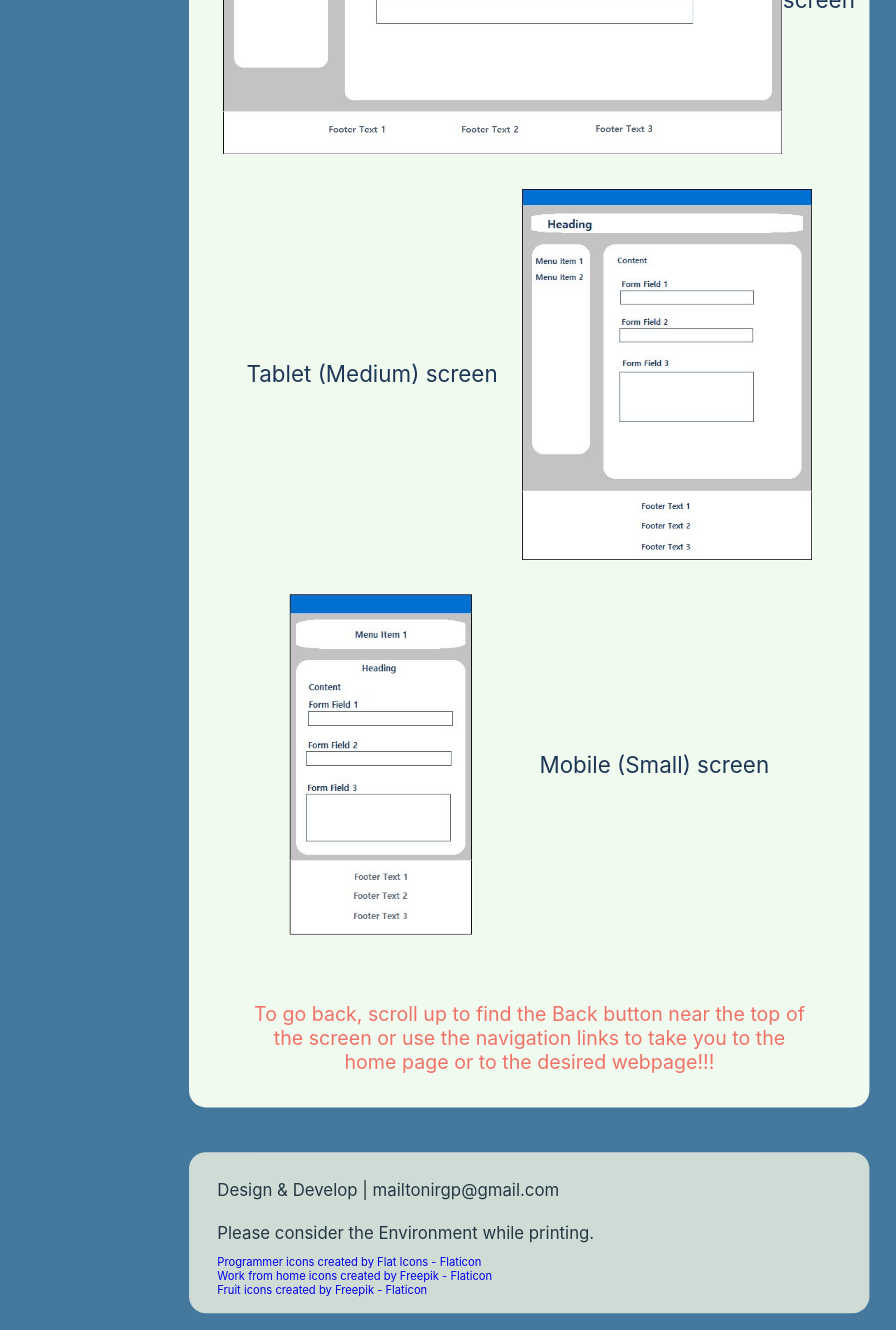
Repository: niranjangp/portfolioReact
Page: /cs-one
An editor plug-in stored every save of this project. The page is shown before and after the next save, followed by the edit.
The browser window is 1280 px wide. The pictures show the part of the page from y = 1400 to 3320 px (the page is 3300 px tall before and 3320 px after), at 70% of full size.
The project was rebuilt for these pictures with package versions that can differ from the ones it lists, and the page was loaded fresh each time. Also part of the build but not shown: src/pages/enterDesign.jsx, src/pages/csTwo.jsx, src/pages/notFound.jsx.

Above is the page before, as saved 2022-02-01 15:51:20.

### public/index.html
<!DOCTYPE html>
<html lang="en">
  <head>
    <meta charset="utf-8" />
    <!--<link rel="icon" href="%PUBLIC_URL%/favicon.ico" />-->
    <meta name="viewport" content="width=device-width, initial-scale=1" />
    <meta name="theme-color" content="#000000" />
    <meta
      name="description"
      content="Web site created using create-react-app"
    />
    <!--<link rel="apple-touch-icon" href="%PUBLIC_URL%/logo192.png" />-->
    <!--
      manifest.json provides metadata used when your web app is installed on a
      user's mobile device or desktop. See https://developers.google.com/web/fundamentals/web-app-manifest/
    -->
    <link rel="manifest" href="%PUBLIC_URL%/manifest.json" />
    <!--
      Notice the use of %PUBLIC_URL% in the tags above.
      It will be replaced with the URL of the `public` folder during the build.
      Only files inside the `public` folder can be referenced from the HTML.

      Unlike "/favicon.ico" or "favicon.ico", "%PUBLIC_URL%/favicon.ico" will
      work correctly both with client-side routing and a non-root public URL.
      Learn how to configure a non-root public URL by running `npm run build`.
    -->
    <title>Portfolio</title>
  </head>
  <body>
    <noscript>You need to enable JavaScript to run this app.</noscript>
    <div id="root"></div>
    <!--
      This HTML file is a template.
      If you open it directly in the browser, you will see an empty page.

      You can add webfonts, meta tags, or analytics to this file.
      The build step will place the bundled scripts into the <body> tag.

      To begin the development, run `npm start` or `yarn start`.
      To create a production bundle, use `npm run build` or `yarn build`.
    -->
  </body>
</html>

### src/index.css
body {
  margin: 0;
  font-family: -apple-system, BlinkMacSystemFont, 'Segoe UI', 'Roboto', 'Oxygen',
    'Ubuntu', 'Cantarell', 'Fira Sans', 'Droid Sans', 'Helvetica Neue',
    sans-serif;
  -webkit-font-smoothing: antialiased;
  -moz-osx-font-smoothing: grayscale;
  box-sizing: border-box;
}

code {
  font-family: source-code-pro, Menlo, Monaco, Consolas, 'Courier New',
    monospace;
}

p {
  margin: 0;
}

### src/App.js
import './App.css';

import { Route, NavLink, Switch, Redirect } from 'react-router-dom';
import EnterTheDesign from './pages/enterDesign';
import CSOne from './pages/csOne';
import CSTwo from './pages/csTwo';
import CSThree from './pages/csThree';
import NotFound from './pages/notFound';

function App() {
  const flatIconLink = "https://www.flaticon.com/free-icons/programmer";
  const wfhIconLink = "https://www.flaticon.com/free-icons/work-from-home";


  return (
    <div className='App'>
      <div className="containerOne">
        <nav className='navigation'>
          <div className='navDiv'>
            <NavLink activeClassName="nav-link active" className="nav-link" to="/enter-the-design">Take me Home!</NavLink>
          </div>
          <div className='navDiv'>
            <NavLink activeClassName="nav-link active" className="nav-link" to="/cs-one">Case Study 1</NavLink>
          </div>
          <div className='navDiv'>
            <NavLink activeClassName="nav-link active" className="nav-link" to="/cs-two">Case t'w'o Study</NavLink>
          </div>
          <div className='navDiv'>
            <NavLink activeClassName="nav-link active" className="nav-link" to="/cs-three">Case Study the third</NavLink>
          </div>
          <div className='navDiv'>
            <NavLink activeClassName="nav-link active" className="nav-link" to="/cs-three">Case Study IV</NavLink>
          </div>
        </nav>
        <main className='mainOne'>
          <Switch>
            <Route exact path="/" ><Redirect to="/enter-the-design" /></Route>
            <Route path="/enter-the-design" ><EnterTheDesign /></Route>
            <Route exact path="/cs-one" ><CSOne /></Route>
            <Route exact path="/cs-two" ><CSTwo /></Route>
            <Route exact path="/cs-three"><CSThree /></Route>

            <Route path="*"><NotFound /></Route>
          </Switch>
          {/*<div className='firstRow'>
            <div className="width-60">
              <p className='fr-info'>NIRANJAN G P, IS A UI DEVELOPER AT DELOITTE USI</p>
            </div>
            <div className="width-40 img-block">
              <img src={avatarIcon} alt="avatar-icon" className='avtr-img' />
            </div>
          </div>
          <div className='sec-row'>
            <p>Hi, this is Niranjan.</p>
            <p>I Joined Deloitte USI as a campus recruit. Since then I've been part of many innovative and high-intensity projects, coordinating between multiple virtual teams to help complete client deliverables.</p>
            <p>I've been part of the FRONT-END community since 2017 and constantly learning and developing UI and gradually having a go at UX design parallely.</p>
            <p>Currently based in Bengaluru, I have a big love for travel and adventure, also keeping in mind to do my bit to conserve the environment.</p>
            <p>Thanks for stopping by.</p>
          </div>*/}

        </main>
        <footer>
          <div className='footer-info'>
            {/*<p>Niranjan G P</p>*/}
            <p>Design & Develop    |   mailtonirgp@gmail.com</p>
            <p>Please consider the Environment while printing.</p>
          </div>
          <div className='credits'>
            <a href={flatIconLink} title="programmer icons">Programmer icons created by Flat Icons - Flaticon</a>
            <a href={wfhIconLink} title="work from home icons">Work from home icons created by Freepik - Flaticon</a>
            <a href="https://www.flaticon.com/free-icons/fruit" title="fruit icons">Fruit icons created by Freepik - Flaticon</a>
          </div>
        </footer>
      </div>

    </div>
  );
}

export default App;

### src/App.css
.containerOne {
  background-color: #45789d;
  padding: 24px;
  position: relative;
}

.mainOne {
  width: 75%;
  margin-left: 20%;
  background-color: #F1FAEE;
  height: 100%;
  border-radius: 1.5rem;
  padding: 24px;
}

.navigation {
  position: absolute;
  top: 24px;
  left: 24px;
  width: 15%;
  height: 660px;
  background-color: #F1FAEE;
  border-radius: 1.5rem;
  padding: 64px 24px 24px;
}

.navDiv {
  padding: 16px 0;
  text-align: center;
}

.nav-link {
  font-size: 24px;
  text-decoration: none;
  color: #1d3557;
}

.nav-link.active {
  color: #2a9d8f;
  font-weight: bold;
  border-bottom: 4px solid #2a9d8f;
}

.fr-info {
  font-size: 3rem;
  font-family: 'Gill Sans', 'Gill Sans MT', Calibri, 'Trebuchet MS', sans-serif;
  padding: 24px 24px 24px 48px;
  color: #1d3557;
}

.firstRow {
  display: flex;
  align-items: center;
  padding: 64px 0;
}

.width-60 {
  width: 60%;
}

.width-40 {
  width: 40%;
}

.fullWidth {
  width: 100%;
}

.img-block {
  text-align: center;
}

.sec-row {
  background-color: #1d3557;
  color: #f1faee;
  border-radius: 0.75rem;
  padding: 64px;
  font-family: 'Lucida Sans', 'Lucida Sans Regular', 'Lucida Grande', 'Lucida Sans Unicode', Geneva, Verdana, sans-serif;
  font-size: 28px;
  text-align: justify;
}

.sec-row p {
  padding: 16px;
}

.centered {
  margin: 3rem auto;
  text-align: center;
  display: flex;
  justify-content: center;
  align-items: center;
}

.linkSel {
  text-decoration: underline;
  font-weight: bold;
}

.third-row {
  display: flex;
  flex-wrap: wrap;
  padding: 96px 24px 0;
}

.card-box {
  width: 50%;
  text-align: center;
  height: 600px;
}

.card {
  width: 400px;
  height: 450px;
  background-color: #ffddd2;
  border-radius: 20px;
  box-shadow: 4px 4px 4px 4px rgba(0, 0, 0, 0.2);
  margin: 3rem auto;
  flex-grow: 1;
  flex-shrink: 1;
  transition: width 500ms ease 0s;
}

.card:hover {
  box-shadow: 4px 4px 4px 8px rgba(0, 0, 0, 0.2);
  width: 420px;
  height: 470px;
  cursor: pointer;
}

.card a {
  text-decoration: none;
}

.card p {
  font-size: 32px;
  padding: 24px;
  color: #1d3557;
  font-family: Verdana, Geneva, Tahoma, sans-serif;
}

.card-icon {
  width: 256px;
  margin-top: 40px;
}

.intro-cs {
  text-align: center;
  font-size: 40px;
  color: #1d3557;
  font-family: 'Trebuchet MS', 'Lucida Sans Unicode', 'Lucida Grande', 'Lucida Sans', Arial, sans-serif;
}

footer {
  width: 75%;
  margin-left: 20%;
  background-color: #cfdbd5;
  height: 100%;
  border-radius: 1.5rem;
  padding: 24px;
  margin-top: 64px;
  color: #223843;
}

.footer-info {
  font-size: 1.5rem;
}

.footer-info p {
  padding: 1rem;
}

.credits {
  padding-left: 16px;
}

.credits a {
  text-decoration: none;
  display: block;
}

.csOne {
  min-height: 660px;
  height: 100%;
  color: #1d3557;
}

.backLink {
  font-size: 28px;
  font-weight: bold;
  padding: 16px 16px 16px 24px;
}

.backLink a {
  text-decoration: none;
  color: #1d3557;

}

.csOneHeader, .csTwoHeader, .cs3Header {
  font-size: 40px;
  padding: 16px 16px 32px 24px;
}

.csOneBody {
  padding: 0 24px;
}

.csOneH {
  font-size: 32px;
  padding-bottom: 8px;
  border-bottom: 2px solid #1d3557;
  margin-bottom: 16px;
  display: inline-block;
}

.csOneC {
  font-size: 28px;
}

.pd-bt {
  padding-bottom: 48px;
}

.pd-bt-small {
  padding-bottom: 24px;
}

.clrp {
  width: 100px;
  height: 40px;
  border-top-right-radius: 20px;
  border-bottom-right-radius: 20px;
  margin-right: 24px;
}

.fir {
  background-color: #0070D2;
}

.sec {
  background-color: #16325C;
}

.thi {
  background-color: #526173;
}

.fou {
  font-family: sans-serif;
  padding-right: 24px;
}

.dp-flx {
  display: flex;
  margin: 16px 40px;
  align-items: center;
}

.flx-bx {
  display: flex;
  align-items: center;
  justify-content: space-evenly;
  margin-bottom: 48px;
}

.flx-bx div {
  font-size: 32px;
}

.mrDesk {
  width: 800px;
}

.last-text {
  font-size: 28px;
  color: #f07167;
  margin: 0 64px 24px;
  text-align: center;
}

.csTwo {
  font-family: 'Franklin Gothic Medium', 'Arial Narrow', Arial, sans-serif;
}

.csTwoHeader {
  color: #e76f51;
}

.csTwoPara {
  color: #0081a7;
  font-size: 28px;
  padding-bottom: 8px;
}

.padd-div {
  padding: 16px 24px 56px;
}

.csTwoRowTwo {
  color: #c81d25;
  font-size: 32px;
  padding-bottom: 16px;
  border-bottom: 2px solid #c81d25;
  margin-bottom: 48px;
}

.textCen {
  text-align: center;
}

.screenName {
  font-size: 24px;
  width: 80%;
  margin: 0 auto;
  margin-bottom: 0px;
  background-color: #284b63;
  color: #fff;
  border-top-left-radius: 12px;
  border-top-right-radius: 12px;
  padding: 8px 0;
}

.scrIcon {
  width: 80%;
  margin: 8px 0 64px;
}

.cs3Header {
  font-family: 'Lucida Sans', 'Lucida Sans Regular', 'Lucida Grande', 'Lucida Sans Unicode', Geneva, Verdana, sans-serif;
}




/*.containerOne {
  background-color: #F1FAEE;
}
.mainOne {
  background-color: #a8dadc;
  width: 75%;
  margin-left: 20%;
  /-*background-color: #45789d;*-/
  height: 660px;
}

.p1 {
  color: #1d3557;
}
.p2 {
  color: #f1faee;
}*/

/*.App-logo {
  height: 40vmin;
  pointer-events: none;
}

@media (prefers-reduced-motion: no-preference) {
  .App-logo {
    animation: App-logo-spin infinite 20s linear;
  }
}

.App-header {
  background-color: #282c34;
  min-height: 100vh;
  display: flex;
  flex-direction: column;
  align-items: center;
  justify-content: center;
  font-size: calc(10px + 2vmin);
  color: white;
}

.App-link {
  color: #61dafb;
}*/

@keyframes App-logo-spin {
  from {
    transform: rotate(0deg);
  }

  to {
    transform: rotate(360deg);
  }
}

### src/pages/csOne.jsx
import React from 'react';
import { Link } from 'react-router-dom';
import MrDesk from '../assets/mrDesk.JPG';
import MrTab from '../assets/mrTab.JPG';
import MrMob from '../assets/mrMob.JPG';

const csOne = () => {
  return (
    <div className='csOne'>
      <div className="backLink"><Link to="/enter-the-design">{'< Back'}</Link></div>
      <div className='csOneHeader'>A Flow for a Mandated Reporter</div>
      <div className='csOneBody'>
        <div className="pd-bt">
          <p className="csOneH">The START -</p>
          <p className="csOneC">This design came out as the first opportunity in my design roadmap.</p>
          <p className="csOneC">The design required a very minimal approach and subtle design feature involving only 3-4 color tones and the common 'sans-serif' font type.</p>
        </div>
        <div className="pd-bt">
          <p className="csOneH">The FEATURES</p>
          <p className="csOneC">The webpage doesn't have fancy animations or transitions, but has a responsive web design supporting large, medium and small device screen sizes.</p>
          <p className="csOneC dp-flx"><p className='fir clrp'></p><span>{' : #0070d2'}</span></p>
          <p className="csOneC  dp-flx"><p className='sec clrp'></p><span>{' : #16325C'}</span></p>
          <p className="csOneC  dp-flx"><p className='thi clrp'></p><span>{' : #00437D'}</span></p>
          <p className="csOneC  dp-flx"><p className="fou">SANS_SERIF</p><p> - Font</p></p>
        </div>
        <div className="pd-bt">
          <p className="csOneH">The PRODUCT</p>
          <p className="csOneC pd-bt-small">Responsive design accomodating Desktop, Tablet and Mobile versions of the webpage.</p>
          <div className="flx-bx"><img src={MrDesk} alt="mr-screen" className='mrDesk' /><div>Desktop (Large) screen</div></div>
          <div className="flx-bx"><div>Tablet (Medium) screen</div><img src={MrTab} alt="mr-screen" className='mrTab' /></div>
          <div className="flx-bx"><img src={MrMob} alt="mr-screen" className='mrMob' /><div>Mobile (Small) screen</div></div>
        </div>
      </div>
      <div className="last-text">To go back, scroll up to find the Back button near the top of the screen or use the navigation links to take you to the home page or to the desired webpage!!!</div>
    </div>
  )
};

export default csOne;

Loaded but not shown: src/index.js (common file); src/reportWebVitals.js (common file); src/pages/csThree.jsx (no stored copy; drawn as an empty file)

After the next save:
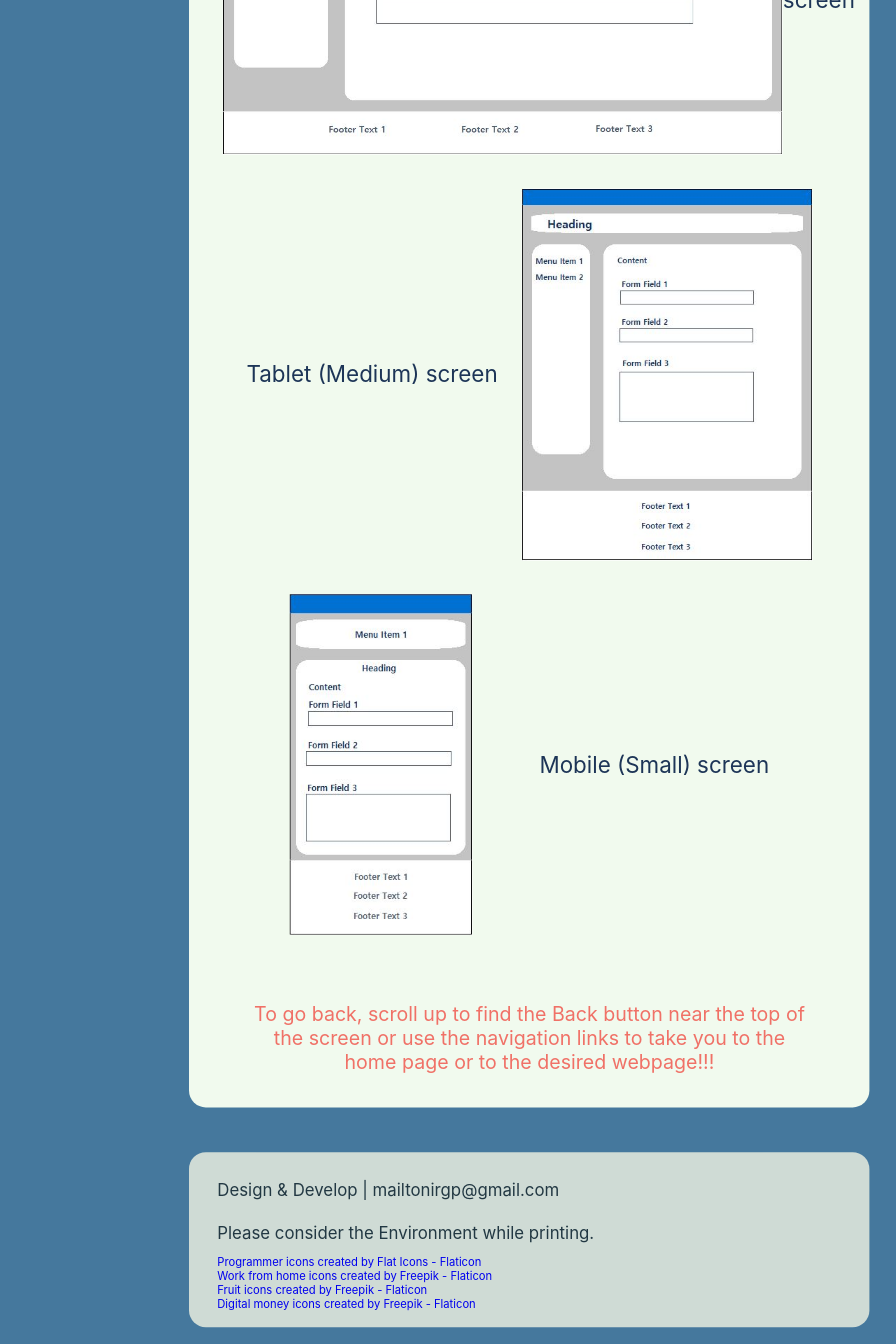
Saved 3 min 47 s later.
--- a/src/App.js
+++ b/src/App.js
@@ -69,6 +69,7 @@ function App() {
             <a href={flatIconLink} title="programmer icons">Programmer icons created by Flat Icons - Flaticon</a>
             <a href={wfhIconLink} title="work from home icons">Work from home icons created by Freepik - Flaticon</a>
             <a href="https://www.flaticon.com/free-icons/fruit" title="fruit icons">Fruit icons created by Freepik - Flaticon</a>
+            <a href="https://www.flaticon.com/free-icons/digital-money" title="digital money icons">Digital money icons created by Freepik - Flaticon</a>
           </div>
         </footer>
       </div>
